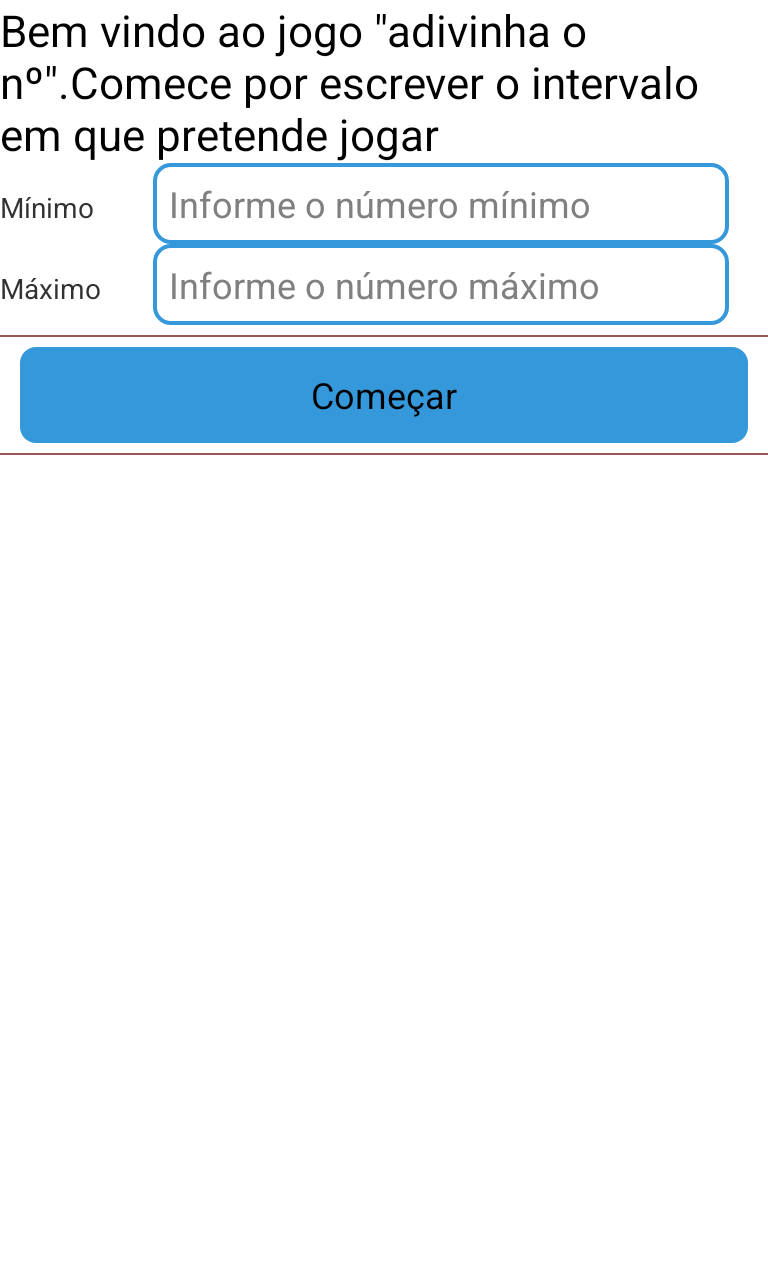
Repository: gokugohan/ddm
Layout: JogoDeAdivinha/res/layout/activity_inicial.xml
The author's editor kept a copy of each file at every save. The layout is drawn from the files as they stood at one save, then again after the next save.
It is drawn on a 768 x 1280 px phone screen (xhdpi) without system bars, with theme AppTheme; the app's code is not run.

Above is the layout before, as saved 2014-11-07 11:48:12.

### JogoDeAdivinha/res/layout/activity_inicial.xml
<LinearLayout xmlns:android="http://schemas.android.com/apk/res/android"
    xmlns:tools="http://schemas.android.com/tools"
    android:layout_width="match_parent"
    android:layout_height="match_parent"
    android:orientation="vertical" >

    <TextView
        android:id="@+id/id_tv_intro"
        android:layout_gravity="center"
        android:layout_width="wrap_content"
        android:layout_height="wrap_content"
        android:text="@string/str_info_jogo"
        android:textAppearance="?android:attr/textAppearanceLarge" />

    <LinearLayout
        android:layout_width="match_parent"
        android:layout_height="wrap_content"
        android:orientation="horizontal"
        android:weightSum="2" >

        <TextView android:layout_width="0dp"
            android:layout_height="wrap_content"
            android:layout_weight="0.4"
            android:textSize="14sp"
            android:text="@string/str_min"/>

        <EditText
            android:id="@+id/id_et_min"
            android:layout_width="0dp"
            android:layout_weight="1.5"
            android:layout_height="wrap_content"
            android:background="@drawable/custom_edittext"
            android:hint="@string/str_info_min"
            android:inputType="number" />
    </LinearLayout>


   <LinearLayout
        android:layout_width="match_parent"
        android:layout_height="wrap_content"
        android:orientation="horizontal"
        android:weightSum="2" >

        <TextView android:layout_width="0dp"
            android:layout_height="wrap_content"
            android:layout_weight="0.4"
            android:textSize="14sp"
            android:text="@string/str_max"/>

        <EditText
            android:id="@+id/id_et_max"
            android:layout_width="0dp"
            android:layout_weight="1.5"
            android:layout_height="wrap_content"
            android:background="@drawable/custom_edittext"
            android:hint="@string/str_info_max"
            android:inputType="number" />
    </LinearLayout>

  <View android:layout_width="match_parent"
       android:layout_marginTop="5dp"
       android:layout_marginBottom="5dp"
       android:layout_height="1dp"
       android:background="#ff975754"/>

   <Button android:id="@+id/id_btn_comecar"
       android:layout_width="match_parent"
       android:layout_height="wrap_content"
       android:layout_marginLeft="10dp"
       android:layout_marginRight="10dp"
       android:text="@string/str_comecar"
       android:background="@drawable/custom_button"/>

   <View android:layout_width="match_parent"
       android:layout_marginTop="5dp"
       android:layout_marginBottom="5dp"
       android:layout_height="1dp"
       android:background="#ff975754"/>

   <TextView android:id="@+id/id_tv_feedback"
       android:layout_width="match_parent"
       android:layout_height="wrap_content"/>

</LinearLayout>

### JogoDeAdivinha/res/values/strings.xml
<?xml version="1.0" encoding="utf-8"?>
<resources>

    <string name="app_name">Jogo de adivinha</string>
    <string name="hello_world">Hello world!</string>
    <string name="action_settings">Settings</string>

    <string name="str_info_jogo">Bem vindo ao jogo \"adivinha o nº\".Comece por escrever o intervalo em que pretende jogar</string>
    <string name="str_info_min">Informe o número mínimo</string>
    <string name="str_info_max">Informe o número máximo</string>
    <string name="str_comecar">Começar</string>
    <string name="str_max">Máximo</string>
    <string name="str_min">Mínimo</string>
    <string name="numero_a_jogar">Número a jogar</string>
    <string name="jogar">Jogar</string>
    <string name="restart">Restart</string>
</resources>

### JogoDeAdivinha/res/drawable/custom_edittext.xml
<?xml version="1.0" encoding="utf-8"?>
<shape xmlns:android="http://schemas.android.com/apk/res/android" >

    <corners
        android:radius="8dp"
        />

    <stroke android:width="2dp"
        android:color="#3498db"/>

     <padding
        android:bottom="8dp"
        android:left="8dp"
        android:right="8dp"
        android:top="8dp" />
</shape>

### JogoDeAdivinha/res/drawable/custom_button.xml
<?xml version="1.0" encoding="utf-8"?>
<shape xmlns:android="http://schemas.android.com/apk/res/android" >

    <corners
        android:bottomLeftRadius="8dp"
        android:bottomRightRadius="8dp"
        android:topLeftRadius="8dp"
        android:topRightRadius="8dp" />

    <solid android:color="#3498db"/>
</shape>

Loaded but not shown: JogoDeAdivinha/res/values/styles.xml (common file); JogoDeAdivinha/res/values-v11/styles.xml (common file); JogoDeAdivinha/res/values-v14/styles.xml (common file)

After the next save:
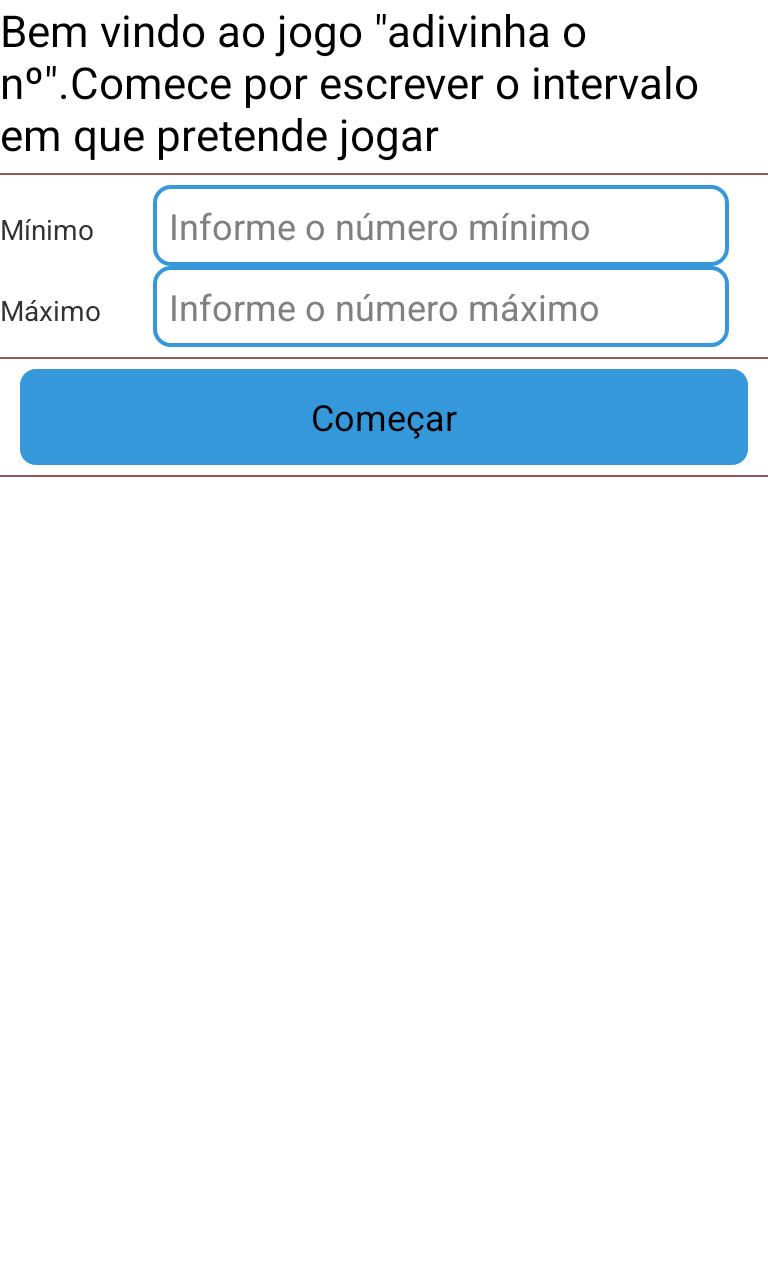
Saved 23 s later.
--- a/JogoDeAdivinha/res/layout/activity_inicial.xml
+++ b/JogoDeAdivinha/res/layout/activity_inicial.xml
@@ -11,6 +11,12 @@
         android:layout_height="wrap_content"
         android:text="@string/str_info_jogo"
         android:textAppearance="?android:attr/textAppearanceLarge" />
+
+     <View android:layout_width="match_parent"
+       android:layout_marginTop="5dp"
+       android:layout_marginBottom="5dp"
+       android:layout_height="1dp"
+       android:background="#ff975754"/>
 
     <LinearLayout
         android:layout_width="match_parent"
